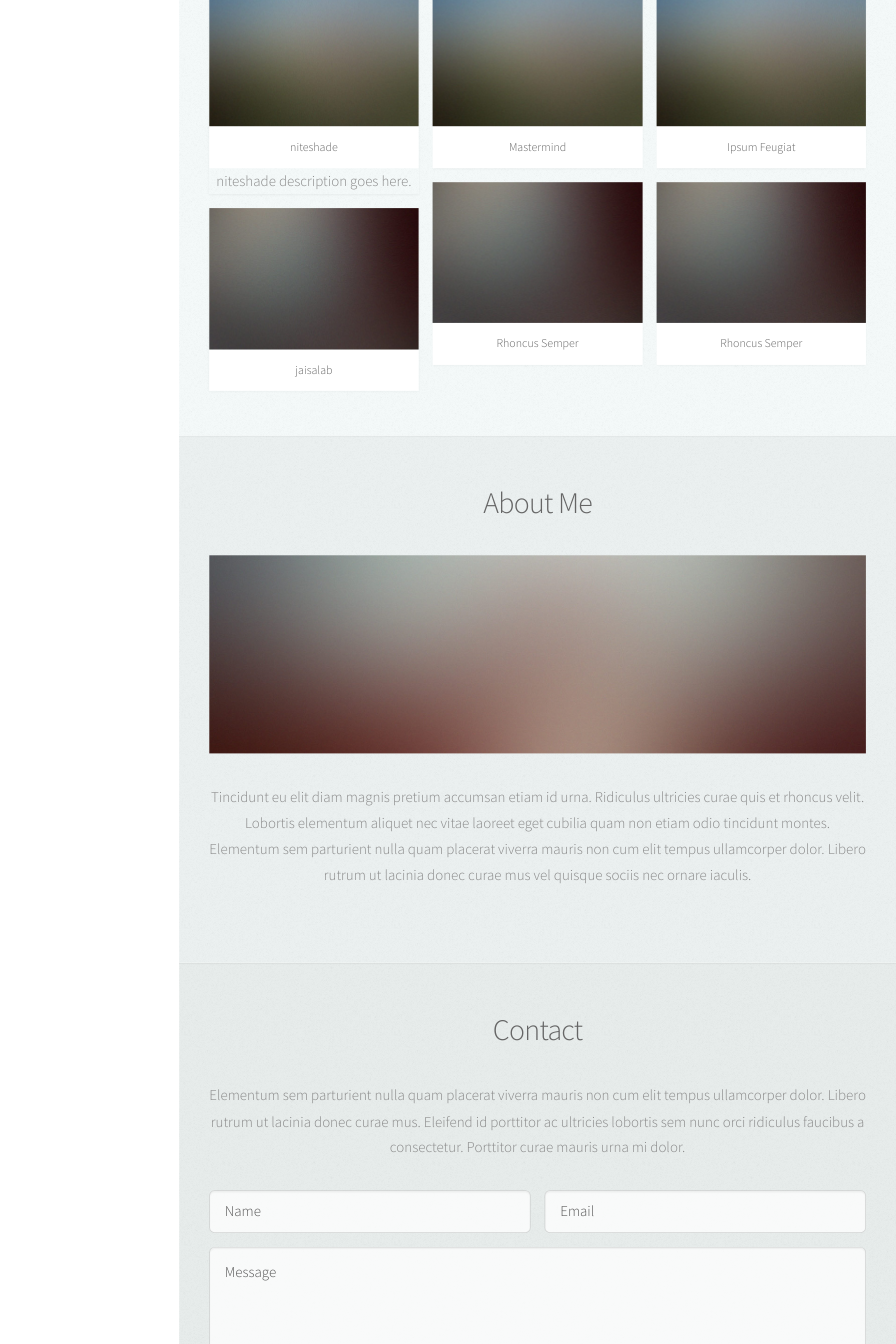
Repository: jaimesabalimperial/jaimesabalimperial.github.io
Page: index.html
The author's editor kept a copy of each file at every save. The page is drawn from the files as they stood at one save, then again after a run of saves.
The browser window is 1280 px wide. The pictures show the part of the page from y = 936 to 2856 px (the page is 3325 px tall before and 3363 px after), at 70% of full size.

Above is the page before, as saved 2022-10-04 13:56:40.

After the next 4 saves:
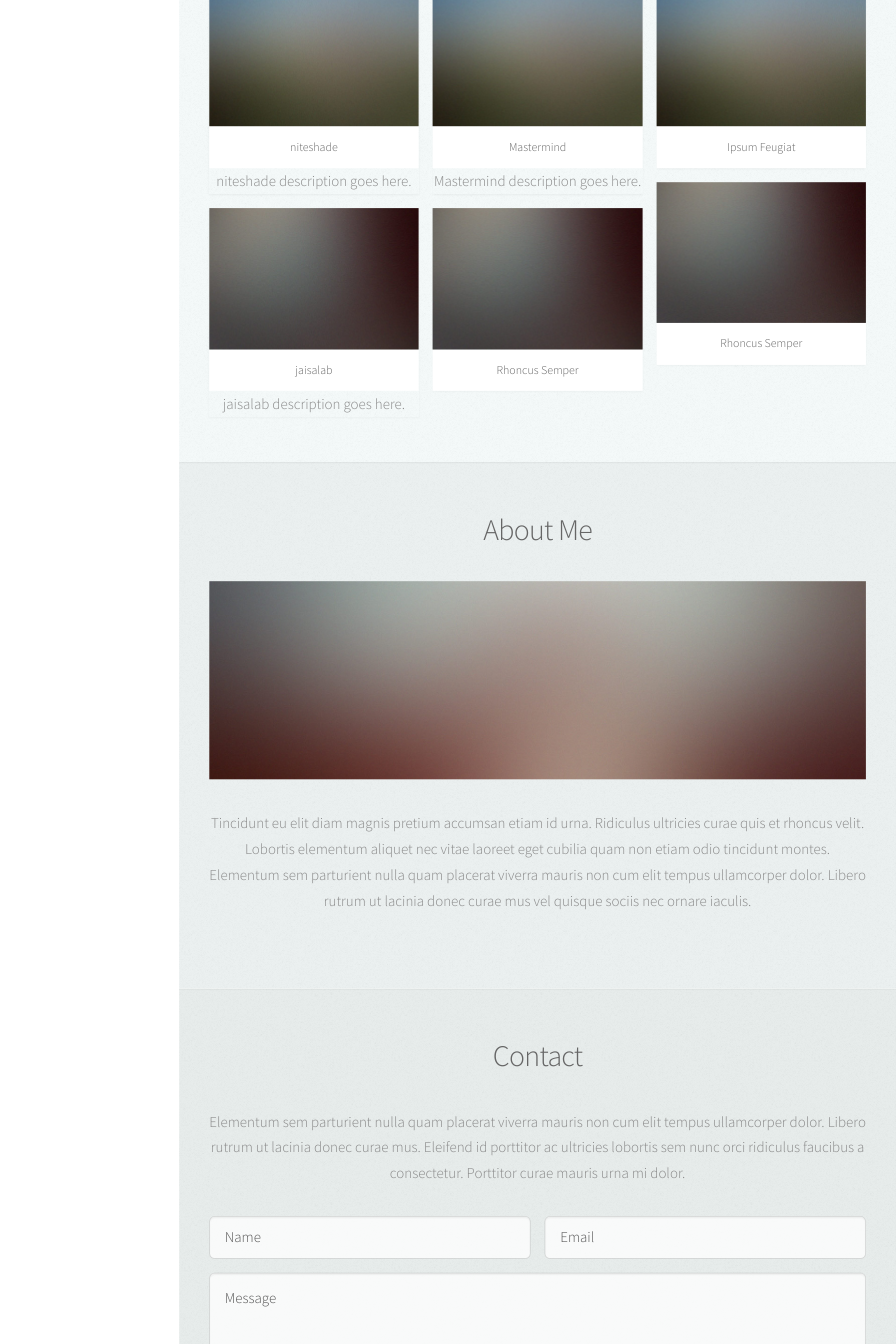
The 4 saves are shown as one change because they came seconds apart.
The last was saved 14 s later.
--- a/index.html
+++ b/index.html
@@ -101,6 +101,7 @@
 										<header>
 											<h3>jaisalab</h3>
 										</header>
+										<p>jaisalab description goes here.</p>
 									</article>
 								</div>
 								<div class="col-4 col-12-mobile">
@@ -109,6 +110,7 @@
 										<header>
 											<h3>Mastermind</h3>
 										</header>
+										<p>Mastermind description goes here.</p>
 									</article>
 									<article class="item">
 										<a href="#" class="image fit"><img src="images/pic03.jpg" alt="" /></a>
